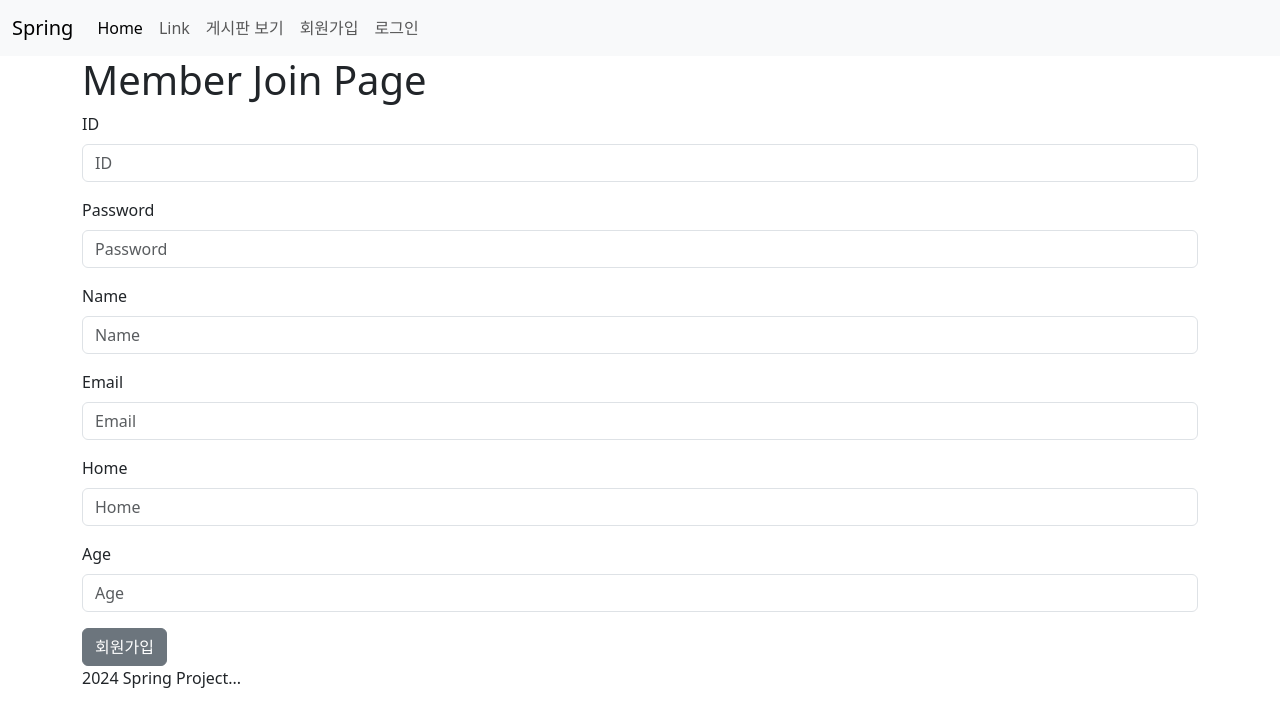
Repository: gajami-kim/240430_Spring_Study
Page: http://localhost/spring_study/WEB-INF/views/member/modify.jsp
These files come from the project's save history. The page is drawn as it stood at one moment and after the next save; the edit follows.
The browser window is 1280 px wide. The pictures show the whole page.
The page is served by Tomcat 9. Nobody is signed in. The template is opened directly, without the code that normally fills it, so the values that code supplies are empty.

Above is the page before, as saved 2024-04-25 09:02:36.

After the next save:
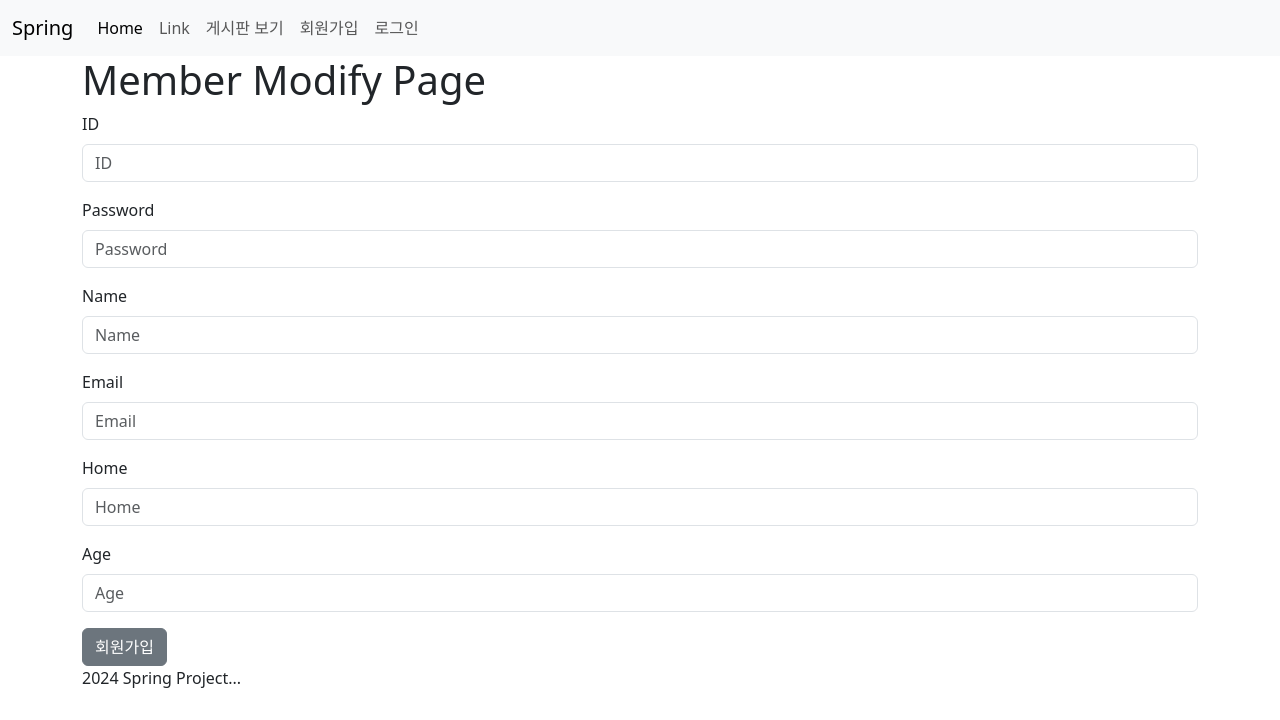
Saved 106 s later.
--- a/spring_study/src/main/webapp/WEB-INF/views/member/modify.jsp
+++ b/spring_study/src/main/webapp/WEB-INF/views/member/modify.jsp
@@ -3,7 +3,7 @@
 <jsp:include page="../layout/header.jsp" />
 
 <div class="container-sm">
-<h1>Member Join Page</h1>
+<h1>Member Modify Page</h1>
 	<form action="/member/register" method="post">
 		<div class="mb-3">
 		  <label for="i" class="form-label">ID</label>
